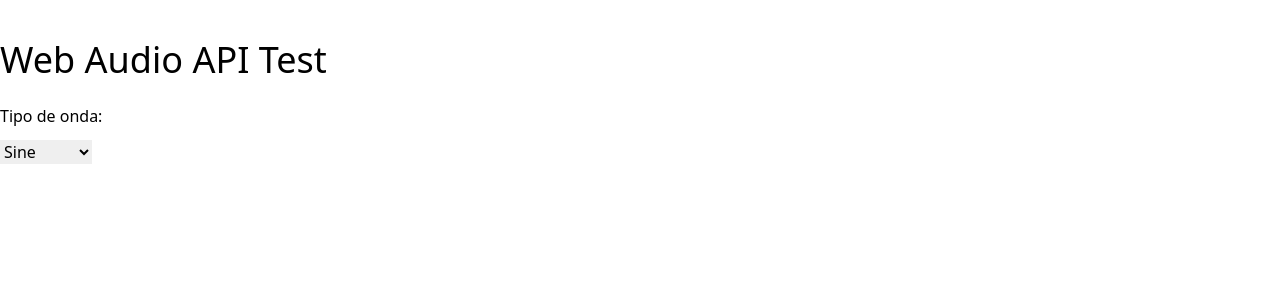
Repository: ibraidab/SONIDOS
Page: index6.html
An editor plug-in stored every save of this project. The page is shown before and after the next save, followed by the edit.
The browser window is 1280 px wide. The pictures show the whole page.

Above is the page before, as saved 2023-03-18 13:58:06.

### index6.html
<!DOCTYPE html>
<html lang="en">
<head>
    <meta charset="UTF-8">
    <meta name="viewport" content="width=device-width, initial-scale=1.0">
    <title>Web Audio API Test</title>
    <link href="https://cdn.jsdelivr.net/npm/tailwindcss@2.2.16/dist/tailwind.min.css" rel="stylesheet">
    <script>
        let audioContext;
        let activeVoices = new Map();

        async function init() {
            audioContext = new AudioContext();
            if (navigator.requestMIDIAccess) {
                try {
                    const midiAccess = await navigator.requestMIDIAccess();
                    midiAccess.inputs.forEach(input => input.onmidimessage = onMidiMessage);
                } catch (err) {
                    console.error('No se pudo acceder a tus dispositivos MIDI.', err);
                }
            } else {
                console.error('Tu navegador no soporta el API Web MIDI.');
            }
        }

        function onMidiMessage(event) {
            const [status, data1, data2] = event.data;
            const messageType = status & 0xf0;
            const channel = status & 0x0f;
            const note = data1;
            const velocity = data2;
            if (messageType === 0x90 && velocity > 0) {
                startSound(note, velocity / 127);
            }
            else if (messageType === 0x80 || (messageType === 0x90 && velocity === 0)) {
                stopSound(note);
            }
        }

        function startSound(note, velocity) {
            const frequency = midiNoteToFrequency(note);
            const waveType = document.getElementById("waveType").value;

            const osc1 = audioContext.createOscillator();
            osc1.frequency.value = frequency;
            osc1.type = waveType;
            osc1.start();

            const osc2 = audioContext.createOscillator();
            osc2.frequency.value = frequency * 2;
            osc2.type = waveType;
            osc2.start();

            const gainNode = audioContext.createGain();
            const filterNode = audioContext.createBiquadFilter();
            filterNode.type = "lowpass";
            filterNode.frequency.value = 1000;
            filterNode.Q.value = 10;

            const attack = 0.1;
            const decay = 0.3;
            const sustain = 0.5;
            const release = 0.3;

            const now = audioContext.currentTime;
            gainNode.gain.setValueAtTime(0, now);
            gainNode.gain.linearRampToValueAtTime(velocity, now + attack);
            gainNode.gain.linearRampToValueAtTime(sustain * velocity, now + attack + decay);

            osc1.connect(filterNode);
            osc2.connect(filterNode);
            filterNode.connect(gainNode);
            gainNode.connect(audioContext.destination);

            activeVoices.set(note, { osc1, osc2, gainNode, filterNode });
        }

function stopSound(note) {
const voice = activeVoices.get(note);
if (!voice) return;
const now = audioContext.currentTime;
const release = 0.3;
voice.gainNode.gain.cancelScheduledValues(now);
voice.gainNode.gain.setValueAtTime(voice.gainNode.gain.value, now);
voice.gainNode.gain.linearRampToValueAtTime(0, now + release);
voice.osc1.stop(now + release);
voice.osc2.stop(now + release);
activeVoices.delete(note);
}

function midiNoteToFrequency(note) {
    const A440 = 440;
    return A440 * Math.pow(2, (note - 69) / 12);
  }

  document.addEventListener("DOMContentLoaded", init);
  </script>
  </head>
  <body>
    <div class="container mx-auto py-10">
      <h1 class="text-4xl mb-6">Web Audio API Test</h1>
      <label for="waveType" class="block mb-3">Tipo de onda:</label>
      <select id="waveType" class="block mb-5">
        <option value="sine">Sine</option>
        <option value="square">Square</option>
        <option value="sawtooth">Sawtooth</option>
        <option value="triangle">Triangle</option>
      </select>
    </div>
  </body>
  </html>

After the next save:
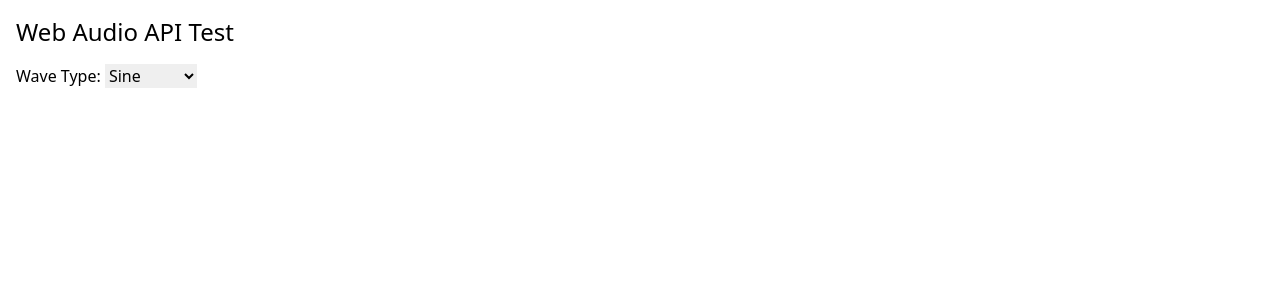
Saved 54 s later.
--- a/index6.html
+++ b/index6.html
@@ -75,37 +75,47 @@
             activeVoices.set(note, { osc1, osc2, gainNode, filterNode });
         }
 
-function stopSound(note) {
-const voice = activeVoices.get(note);
-if (!voice) return;
-const now = audioContext.currentTime;
-const release = 0.3;
-voice.gainNode.gain.cancelScheduledValues(now);
-voice.gainNode.gain.setValueAtTime(voice.gainNode.gain.value, now);
-voice.gainNode.gain.linearRampToValueAtTime(0, now + release);
-voice.osc1.stop(now + release);
-voice.osc2.stop(now + release);
-activeVoices.delete(note);
-}
+        function stopSound(note) {
+            const voice = activeVoices && activeVoices.get(note);
+            if (voice) {
+                const { osc1, osc2, gainNode, filterNode } = voice;
+                const now = audioContext.currentTime;
+                gainNode.gain.cancelScheduledValues(now);
+                gainNode.gain.setValueAtTime(gainNode.gain.value, now);
+                gainNode.gain.linearRampToValueAtTime(0, now + 0.1);
+                osc1.stop(now + 0.1);
+                osc2.stop(now + 0.1);
 
-function midiNoteToFrequency(note) {
-    const A440 = 440;
-    return A440 * Math.pow(2, (note - 69) / 12);
-  }
+                setTimeout(() => {
+                    osc1.disconnect(filterNode);
+                    osc2.disconnect(filterNode);
+                    filterNode.disconnect(gainNode);
+                    gainNode.disconnect(audioContext.destination);
+                }, 100);
 
-  document.addEventListener("DOMContentLoaded", init);
-  </script>
-  </head>
-  <body>
-    <div class="container mx-auto py-10">
-      <h1 class="text-4xl mb-6">Web Audio API Test</h1>
-      <label for="waveType" class="block mb-3">Tipo de onda:</label>
-      <select id="waveType" class="block mb-5">
-        <option value="sine">Sine</option>
-        <option value="square">Square</option>
-        <option value="sawtooth">Sawtooth</option>
-        <option value="triangle">Triangle</option>
-      </select>
+                activeVoices.delete(note);
+            }
+        }
+
+        function midiNoteToFrequency(note) {
+            return 440 * Math.pow(2, (note - 69) / 12);
+        }
+
+        window.addEventListener('load', init);
+    </script>
+</head>
+<body>
+    <div class="container mx-auto p-4">
+        <h1 class="text-2xl mb-4">Web Audio API Test</h1>
+        <div>
+            <label for="waveType">Wave Type:</label>
+            <select id="waveType">
+                <option value="sine">Sine</option>
+                <option value="square">Square</option>
+                <option value="sawtooth">Sawtooth</option>
+                <option value="triangle">Triangle</option>
+            </select>
+        </div>
     </div>
-  </body>
-  </html>
+</body>
+</html>
